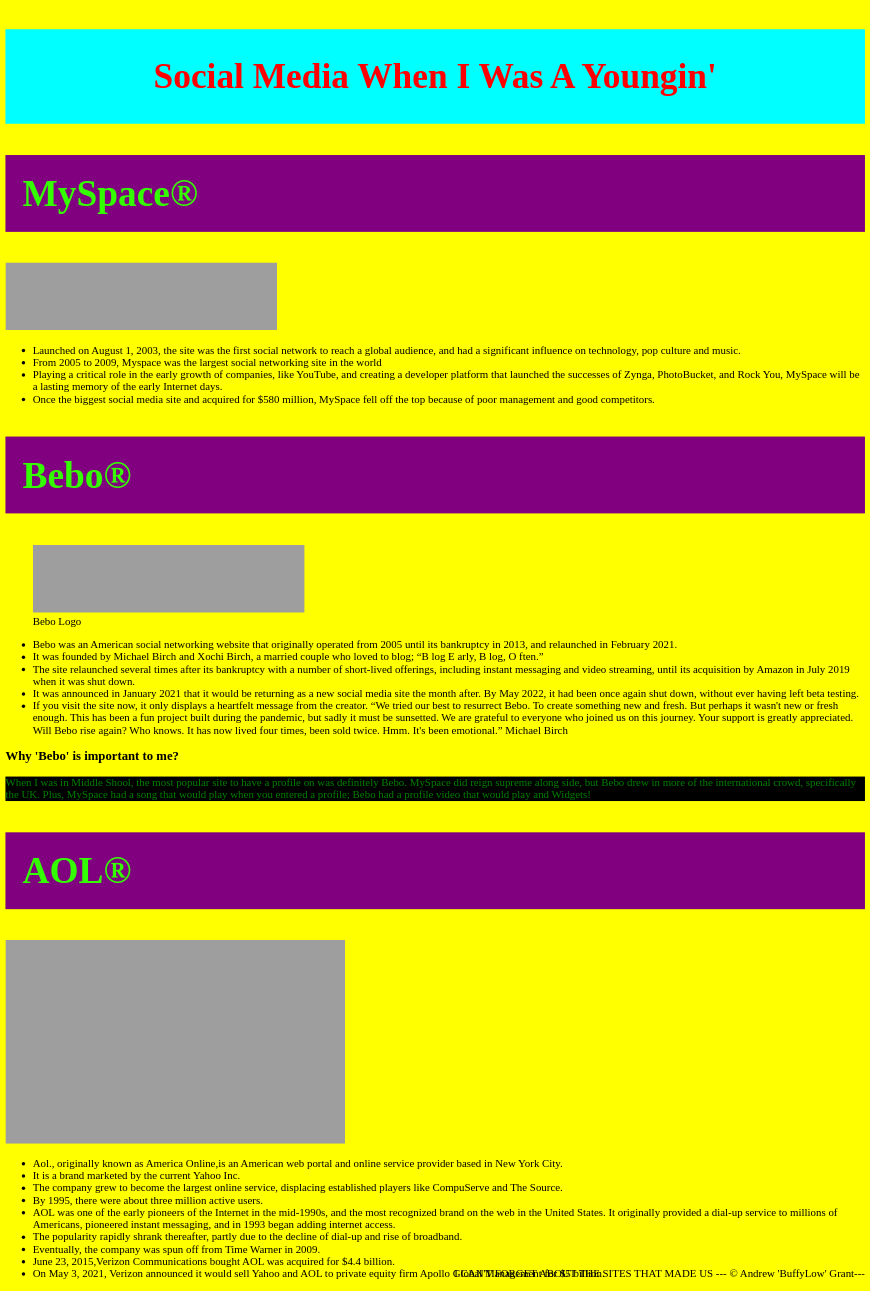
Repository: AndrewGrantt/LC101
Page: LC101/js-assignment-4-html-me-something-buffylow/index.html
These files come from the project's save history. The page is drawn as it stood at one moment and after the next save; the edit follows.
The browser window is 1280 px wide. The pictures show the whole page, at 68% of full size.
Pictures or frames that could not be fetched are drawn as grey boxes.

Above is the page before, as saved 2022-07-19 00:22:45.

After the next save:
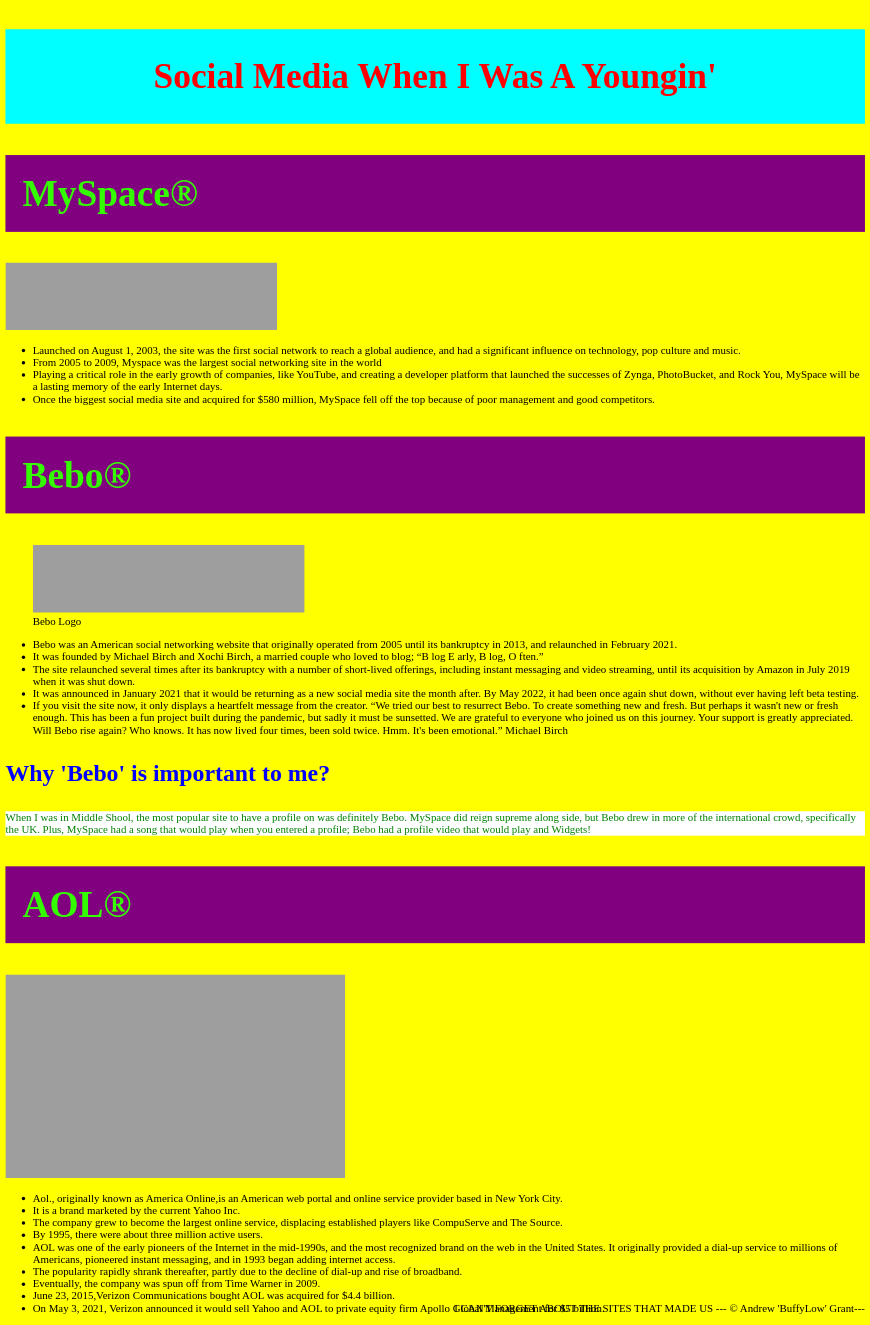
Saved 5 min 13 s later.
--- a/LC101/js-assignment-4-html-me-something-buffylow/index.html
+++ b/LC101/js-assignment-4-html-me-something-buffylow/index.html
@@ -55,7 +55,7 @@
     </section>
 
     <section3>
-      <h3 > Why 'Bebo' is important to me?</h3>
+      <h3 id="extra" > Why 'Bebo' is important to me?</h3>
       <p id="testP" element class="funParagraph">
          When I was in Middle Shool, the most popular site to have a profile on was definitely Bebo. MySpace did reign supreme along side, but Bebo drew in more of the international crowd, specifically the UK.  Plus, MySpace had a song that would play when you entered a profile; Bebo had a profile video that would play and Widgets!
       </p>
--- a/LC101/js-assignment-4-html-me-something-buffylow/styles.css
+++ b/LC101/js-assignment-4-html-me-something-buffylow/styles.css
@@ -13,6 +13,12 @@
     background-color: lime
     font-size 45px;
   }
+  #extra{
+    position: center;
+    color: blue;
+    font-size: 35px;
+
+  }
   #mainHeading {
     background-color:aqua;
     color: red;
@@ -24,11 +30,9 @@
     .funParagraph{
 
     color: green;
-    position: center;
-    background-color: black;
+    background-color: white;
+    }
 
-
-    }
     #headcolor{
         color:rgb(51, 255, 0);
         padding: 25px;
